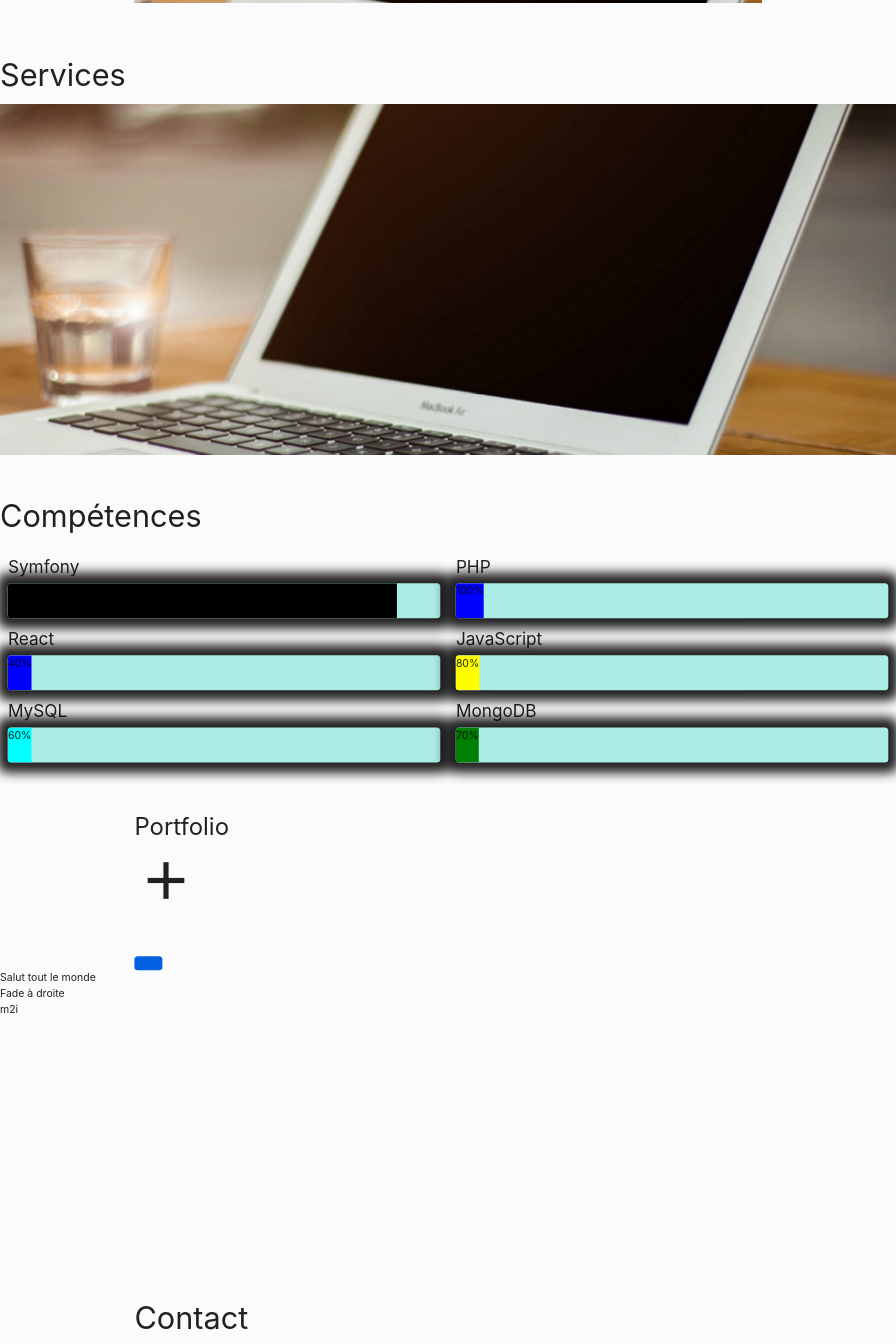
Repository: duncanidaho14/mavitrine
Page: index.html
An editor plug-in stored every save of this project. The page is shown before and after a run of saves, followed by the edit.
The browser window is 1280 px wide. The pictures show the part of the page from y = 1233 to 3153 px (the page is 4178 px tall), at 70% of full size.

Above is the page before, as saved 2021-06-15 19:31:33.

### index.html
<!DOCTYPE html>
<html lang="fr">
<head>
    <meta charset="UTF-8">
    <meta http-equiv="X-UA-Compatible" content="IE=edge">
    <meta name="viewport" content="width=device-width, initial-scale=1.0">
    <meta name="description" content="">
    <meta name="theme-color" content="#84db94">
    <!-- Compiled and minified CSS -->
    <link href="https://fonts.googleapis.com/icon?family=Material+Icons" rel="stylesheet">
    <link rel="stylesheet" href="https://cdnjs.cloudflare.com/ajax/libs/materialize/1.0.0/css/materialize.min.css">
    <link href="https://unpkg.com/aos@2.3.1/dist/aos.css" rel="stylesheet">
    <link rel="stylesheet" href="./assets/css/style.css">
    <title>Elhadi BEDDAREM</title>
</head>
<body>
<div class="inc">

    <header class="container-fluid">
        <div class="row">
            <nav class="navbar-fixed">
                <div class="nav-wrapper">
                    <a id="switch" onclick="toggleTheme()" class="waves-effect waves-light btn-large"><i class="material-icons">airplay</i></a>
                    <a href="#!" class="brand-logo">EB<i class="material-icons">cloud</i></a>
                    <ul class="right hide-on-med-and-down">
                        <li><a href="#services" class="sc"><i class="material-icons">search</i></a></li>
                        <li><a href="#competences"><i class="material-icons">view_module</i></a></li>
                        <li><a href="#parcours"><i class="material-icons">refresh</i></a></li>
                        <li><a href="#contact"><i class="material-icons">more_vert</i></a></li>
                    </ul>
                </div>
            </nav>
            <ul class="sidenav" id="mobile-demo">
                <li><a href="#quisuisje">Qui suis-je ?</a></li>
                <li><a href="#mestechno">Mes techno</a></li>
                <li><a href="#parcours">Parcours</a></li>
                <li><a href="#contact">Contact</a></li>
            </ul>
            <ul id="slide-out" class="sidenav">
                <li>
                    <div class="user-view">
                        <div class="background">
                            <img src="/assets/img/mysql.png" class="circle">
                        </div>
                        <a href="#user"><img class="circle" src="/assets/img/git.png"></a>
                        <a href="#name"><span class="black-text name">Elhadi Beddarem</span></a>
                        <a href="#email"><span class="black-text email">elhadibeddarem@gmail.com</span></a>
                    </div>
                </li>
                <li><a href="https://codeintheshell.fr" target="_blank"><i class="material-icons">cloud</i>Autre site : codeintheshell.fr</a></li>
                <li><a href="https://shtex.fr/">Autre site : shtex.fr</a></li>
                <li><a href="http://shtexworld.fr/">Autre site : shtexworld.fr</a></li>
                <li>
                    <div class="divider"></div>
                </li>
                <li><a class="subheader">séparateur</a></li>
                <li><a class="waves-effect" href="./assets/img/cvelhadi.pdf" download="cvelhadi"><i class="material-icons">cloud_download</i> CV Download</a></li>
            </ul>
            <a href="#" data-target="slide-out" class="sidenav-trigger"><i class="material-icons">menu</i></a>
        </div>
    </header>

    <section class="container">
        <article class="row">
            <h1 class="elhadi-title" data-aos="fade-right">Elhadi BEDDAREM</h1>
            <h2 data-aos="fade-left">Concepteur d'Application Web</h2>
            <div class="carousel" data-aos="zoom-in-left">
                <a class="carousel-item" href="#two!"><img src="./assets/img/react.png"></a>
                <a class="carousel-item" href="#one!"><img src="./assets/img/symfony.png"></a>
                <a class="carousel-item" href="#three!"><img src="./assets/img/mysql.png"></a>
                <a class="carousel-item" href="#four!"><img src="./assets/img/git.png"></a>
                <a class="carousel-item" href="#five!"><img src="./assets/img/javascript.png"></a>
            </div>

            <div class="parallax-container" data-aos="zoom-in-left">
                <div class="parallax">
                    <img src="./assets/img/ordinateur-de-bureau-pc.jpg" alt="ordinateur de bureau"/>
                </div>
            </div>
        </article>


    </section>

    <section class="container-fluid">
        <div id="services" class="section scrollspy"></div>
        <article class="row services">
            <h3>Services</h3>
            <div class="parallax-container" data-aos="zoom-in-right">
                <div class="parallax">
                    <img src="./assets/img/ordinateur-de-bureau-pc.jpg" alt="ordinateur de bureau"/>
                </div>
            </div>
        </article>
    </section>

    <section class="container-fluid section scrollspy" data-aos="fade-up" id="competences">
        <article class="row competences">
            <h3>Compétences</h3>

                <div class="col s6 ">
                    <h5 class="title-five">Symfony</h5>
                    <div class="progress bar">
                        <div class="determinate symfony" data-done="90">90%</div>
                    </div>
                    <h5 class="title-five">React</h5>
                    <div class="progress bar">
                        <div class="determinate react" data-done="40">40%</div>
                    </div>
                    <h5 class="title-five">MySQL</h5>
                    <div class="progress bar">
                        <div class="determinate mysql" data-done="60">60%</div>
                    </div>
                </div>
                <div class="col s6">
                    <h5 class="title-five">PHP</h5>
                    <div class="progress bar">
                        <div class="determinate php" data-done="100">100%</div>
                    </div>
                    <h5 class="title-five">JavaScript</h5>
                    <div class="progress bar">
                        <div class="determinate javascript" data-done="80">80%</div>
                    </div>
                    <h5 class="title-five">MongoDB</h5>
                    <div class="progress bar">
                        <div class="determinate mongodb" data-done="70">70%</div>
                    </div>
                </div>
        </article>

    </section>

    <aside class="container">
        <article class="row">
            <h4>Portfolio</h4>
            <p><i class="material-icons large">add</i></p>
            <div id="search" class="section scrollspy"></div>
        </article>
        <button></button>
    </aside>




<div data-aos="fade-up">Salut tout le monde</div>



<div data-aos="fade-right">Fade à droite</div>


<div class="fadeup" data-aos="fade-up"
    data-aos-anchor-placement="top-center">
        m2i
</div>
<section class="container">
    <article class="row">
        <h3>Contact</h3>
        <form action="./contact.php" method="POST">
            <input type="text" class="input-group-text" placeholder="nom">
            <input type="email" class="input-group-text" placeholder="email">
            <a class="waves-effect waves-light btn"><i class="material-icons right">cloud</i>Envoyer</a>        </form>

    </article>
</section>

    <footer>
        <p>
                En 2016, un ami m'a mis le pied à l'étriller en me montrant PHP et MySQL.
                Alors je me suis formé au joie du code et m'orienté dans le domaine du web.
                J'ai commencé à suivre des formations sur des plateformes gratuites telle que youtube, freecodecamp
                mais aussi payantes telle que udemy.
            </p>
            <p>En 2017, j'ai travaillé chez FTL Express, une société chinoise de livraison de colis.
                Nous avions pour projet une application d'impression de timbres postaux.
                Le but étant de facilité l'envoie de colis postaux vers la chine pour les personnes chinoises vivant en France. Ceux là leur simplifie  la vie puisqu'il n'ont pas
                à faire la queue à la poste pour l'envoie de leur colis.
                Coté front nous avons utilisé Vue JS et coté back Java. En temps que développeur front-end je suis responsable de la qualité de mon code<br>
                - Migration Vue 2.* et Int8 de l'application<br>
                - Implémentationde fonctionnalité d’importation de CSV
                - Test Unitaire et fonctionnel.<br>
                et de PDF<br>
                <span>Environnement technique: Vue JS, Node JS, Express,
                Element io, Chai, Mocha, SCRUM.</span>
            </p>

            <p>En 2018, j'ai travaillé pour la société Azzerisk Advantage basée à saint Mandé. AZZERISK Advantage est un cabinet indépendant et international proposant
            des solutions complètes en risk management. <br>
                    -         Installation de Cassandra sous windows 10<br>
                    -         Ajout de nouvelles règles de gestion<br>
                    -         Stockage en base de données NoSQL (Cassandra)<br>
                    -         Maintenance évolutive et corrective sur un logiciel de comparaison de stratégie de risk. <br>
                    -         Mise en forme de l’application grâce au flexbox<br>
                    Environnement technique : AngularJS, Oracle, Cassandra, REST, Elasticsearch
            </p>

            <p>En 2019, J'ai travaillé sur des projets personnels : <br>
                <a href="https://shtex.fr" target="_blank">https://shtex.fr</a> est un site en React JS. C'est une SPA connecté à une API REST (the MovieDB). <br>
                <a href="http://shtexworld.fr" target="_blank">https://shtexworld.fr</a> est un site en javascript. Le jeu Snake pour les amateurs ;)<br>
                <a href="http://shtexworld.com"target="_blank" >https://shtexworld.com</a> est un site en React JS. il permet de voir la valeur de la monnaie par rapport au dollar.<br>
            J'ai lu le livre "tête la première dans les design pattern" écrit par Eric Freeman.
            </p>

            <p>En 2020, Développeur fullstack d'une application de calcul du nutriscore avec une solution Symfony 4.3 (twig) :
                <br>
                <a href="https://www.coopin.io/coopincook" target="_blank" rel="noopener noreferrer">https://www.coopin.io/coopincook</a>
                <br>
                <a href="https://cook.readyplayerweb.com/" target="_blank" rel="noopener noreferrer">https://cook.readyplayerweb.com/</a>
                <br>
                Web Scrapping en php de recette de cuisine. Site cuisine AZ, Marmitton, journal des femmes. <br>
                Implémentation de différentes fonctionnalité comme facebook login, facebook share, google sign-in...
                dans le projet symfony.<br>
                Inscription à l'app, connexion à l'app. envoie de mail avec swiftmailer... <br>
                Importation de CSV dans la base de données grâce à une connexion ssh et scp. <br>
                Installation du bundle webpack encore...<br>
                Ecriture de doc technique...<br>
                Site Wordpress avec Elementor.io
            </p>
            <p>
                cours udemy :
                cours d'algo avec matthieu Gaston
                    - algo de tri
                    -
                Octobre 2020<br>
                cours js<br>
                requete HTTP <br>
                function asynchrone<br>
                cours web component HTML5
            </p>
        <div id="footer">
            <p>je fais des macro sur wow</p>
        </div>
    </footer>

</div>

    <!-- Compiled and minified JavaScript -->
    <script src="https://cdnjs.cloudflare.com/ajax/libs/jquery/3.6.0/jquery.js"></script>
    <script src="https://unpkg.com/@popperjs/core@2"></script>
    <script src="https://cdnjs.cloudflare.com/ajax/libs/materialize/1.0.0/js/materialize.min.js"></script>
    <script src="https://unpkg.com/aos@2.3.1/dist/aos.js"></script>
    <script src="./assets/js/index.js"></script>
    <script>
        AOS.init();
    </script>
</body>
</html>

### assets/css/style.css
@font-face {
    font-family: "aladin-v8-latin-regular";
    src:    url("/assets/static/aladin-v8-latin-regular.woff2") format("woff2"),
            url("/assets/static/aladin-v8-latin-regular.woff") format("woff");
}

.theme-light {
    --color-primary: #0060df;
    --color-secondary: #fbfbfe;
    --color-accent: #fd6f53;
    --color-info: #ff9f41;
    --color-prud: #ffcb99;
    --font-color: #000000;
}

.theme-dark {
    --color-primary: #17ed90;
    --color-secondary: #2e6770;
    --color-third: #ff9f41;
    --color-accent: #12cdea;
    --color-info: #00ffff;
    --color-prud: #730100;
    --font-color: #ffffff;
}



* {
    margin: 0;
    padding: 0;
    box-sizing: border-box;
}

html, body {
    scroll-behavior: smooth;
}

.navbar-fixed {
    margin-top: -80px;
    position: fixed;
    z-index: 999;
    background-color: #0060df;
}

a .sidenav-trigger {
    position: relative;
    margin-top: 140px;
    width: 40px;
    height: 40px;
    z-index: 9999;
}

header.container-fluid {
    margin-top: 80px;
    height: auto;
}

.up {
    background-color: bisque;
}

.fadeup {
    width: 200px;
    height: 400px;
}

.inc {

    background: var(--color-secondary);

}

.inc h1 {
    color: var(--font-color);
}

.inc button {
    width: 10px;
    height: 20px;
    color: var(--font-color);
    background: var(--color-primary);
    padding: 10px 20px;
    border: 0;
    border-radius: 5px;
}

#switch {
    background-color: rgba(128, 0, 49, .2);
    top: -5px;
}

.elhadi-title {
    color: #000000;

}

.determinate {
    position: absolute;
}


div.progress.bar {
    height: 50px;
    border-radius: 5px 5px 5px 5px;
    box-shadow: 0px 0px 15px 15px;
}
div.determinate.symfony {
    background-color: #000000;

    height: 50px;
}

.progress>.determinate.symfony {

    width: 0%;
}

.progress>.determinate.react {
    background-color: blue;
}

.progress>.determinate.mysql {
    background-color: aqua;

}

.progress>.determinate.php {
    background-color: blue;
}

.progress>.determinate.javascript {
    background-color: yellow;
}

.progress>.determinate.mongodb {
    background-color: green;
}

### assets/js/index.js
$(document).ready(function(){
    $(".dropdown-trigger").dropdown();
    $('.sidenav').sidenav();
    $('.carousel').carousel();
    $('.parallax').parallax();
    $('.scrollspy').scrollSpy();
});


let competences = document.querySelector(".competences");
let progress = document.querySelectorAll(".progress");
let determinate = document.querySelectorAll(".determinate");
const symfony = document.querySelector('.determinate.symfony');
const react = document.querySelector(".determinate.react");
const mysql = document.querySelector(".determinate.mysql");
const php = document.querySelector(".determinate.php");
const javascript = document.querySelector(".determinate.javascript");
const mongodb = document.querySelector(".determinate.mongodb");
const progressbar = document.querySelector(".progress.bar");

window.addEventListener('scroll', (e) => {

    if (window.scrollY > 650) {
        competences.classList.add('up');
        symfony.style.width = symfony.getAttribute('data-done') + '%';
        symfony.style.width = symfony.getAttribute('data-done') + '%';
        symfony.style.width = symfony.getAttribute('data-done') + '%';
        symfony.style.width = symfony.getAttribute('data-done') + '%';
        symfony.style.width = symfony.getAttribute('data-done') + '%';

    }else {
        competences.classList.remove('up');
    }
});

// function loader() {
//     for (let i = 0; i < determinate.length; i++) {
//         const element = determinate[i];

//         //console.log(element);
//         setTimeout(() => {
//             symfony.style.width = element.getAttribute('data-done') + '%';
//             console.log(symfony.style.width)

//         }, 1500);

//         setTimeout(() => {
//             react.style.width = element.getAttribute('data-done') + '%';
//             //console.log(react.style.width);
//             mysql.style.width = element.getAttribute('data-done') + '%';
//             //console.log(mysql.style.width);
//             php.style.width = element.getAttribute('data-done') + '%';
//             javascript.style.width = element.getAttribute('data-done') + '%';
//             mongodb.style.width = element.getAttribute('data-done') + '%';
//         }, 2600);

//     }

// }

/**
 * Permet d'afficher l'onglet d'une couleur différente
 * Ne marche que sur chrome Android
 * @returns Color
 */
function getRandomRGBValue() {
    return Math.min(Math.floor(Math.random() * 255 + 1), 255);
}

function getRandomColor() {
    var r = getRandomRGBValue(),
        g = getRandomRGBValue(),
        b = getRandomRGBValue();
    return "#" + (((1 << 24) + (r << 16) + (g << 8) + b).toString(16).slice(1));
}

function changeThemeColor() {
    var metaThemeColor = document.querySelector("meta[name=theme-color]");
    metaThemeColor.setAttribute("content", getRandomColor());
    setTimeout(function () {
        changeThemeColor();
    }, 3000);
}

changeThemeColor();


// function to set a given theme/color-scheme
function setTheme(themeName) {
    localStorage.setItem('theme', themeName);
    document.documentElement.className = themeName;
}
// function to toggle between light and dark theme
function toggleTheme() {
    if (localStorage.getItem('theme') === 'theme-dark') {
        setTheme('theme-light');
    } else {
        setTheme('theme-dark');
    }
}
// Immediately invoked function to set the theme on initial load
(function () {
    if (localStorage.getItem('theme') === 'theme-dark') {
        setTheme('theme-dark');
    } else {
        setTheme('theme-light');
    }
})();

After the next 2 saves:
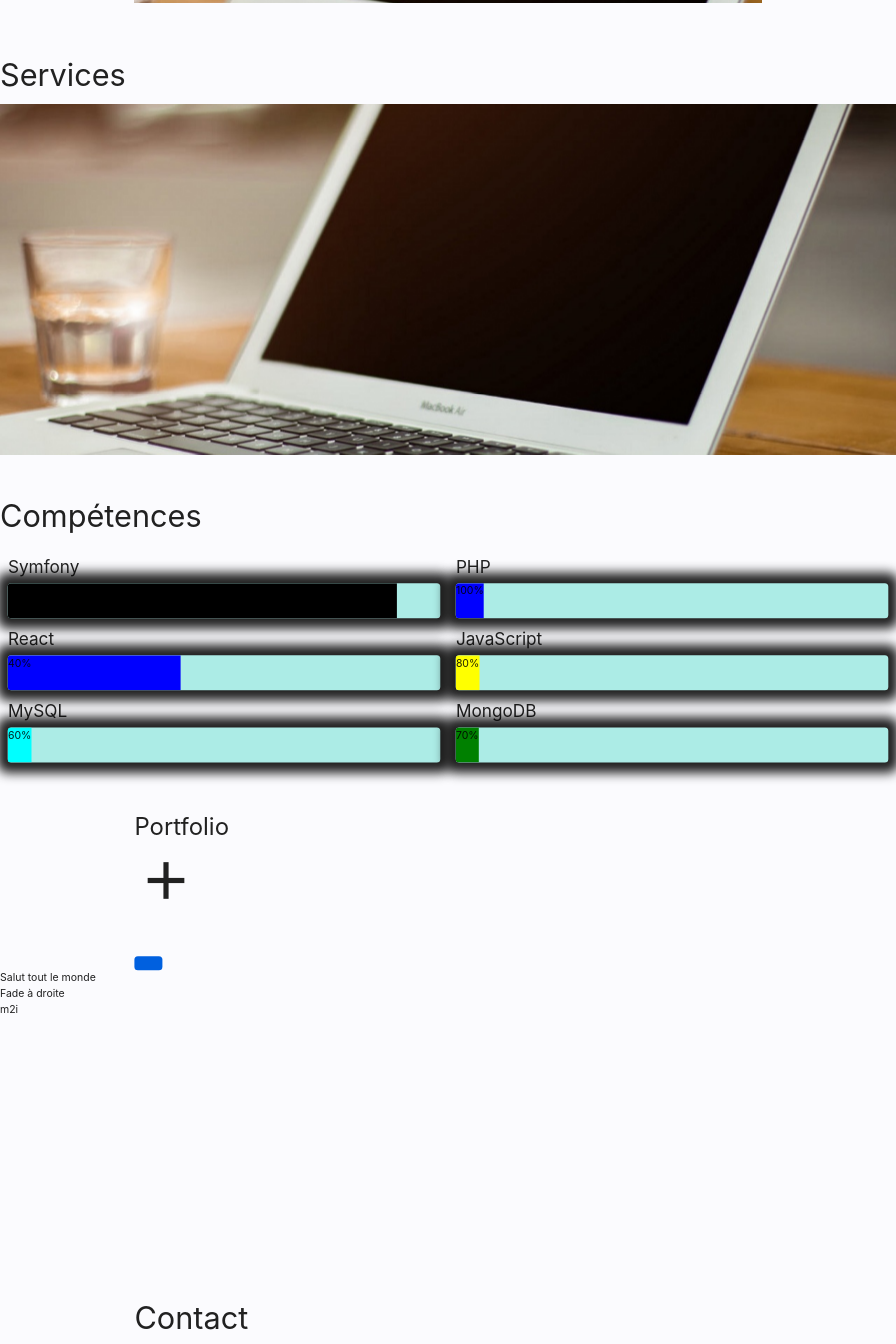
The 2 saves are shown as one change because they came seconds apart.
The last was saved 7 s later.
--- a/assets/js/index.js
+++ b/assets/js/index.js
@@ -23,7 +23,7 @@
     if (window.scrollY > 650) {
         competences.classList.add('up');
         symfony.style.width = symfony.getAttribute('data-done') + '%';
-        symfony.style.width = symfony.getAttribute('data-done') + '%';
+        react.style.width = react.getAttribute('data-done') + '%';
         symfony.style.width = symfony.getAttribute('data-done') + '%';
         symfony.style.width = symfony.getAttribute('data-done') + '%';
         symfony.style.width = symfony.getAttribute('data-done') + '%';
